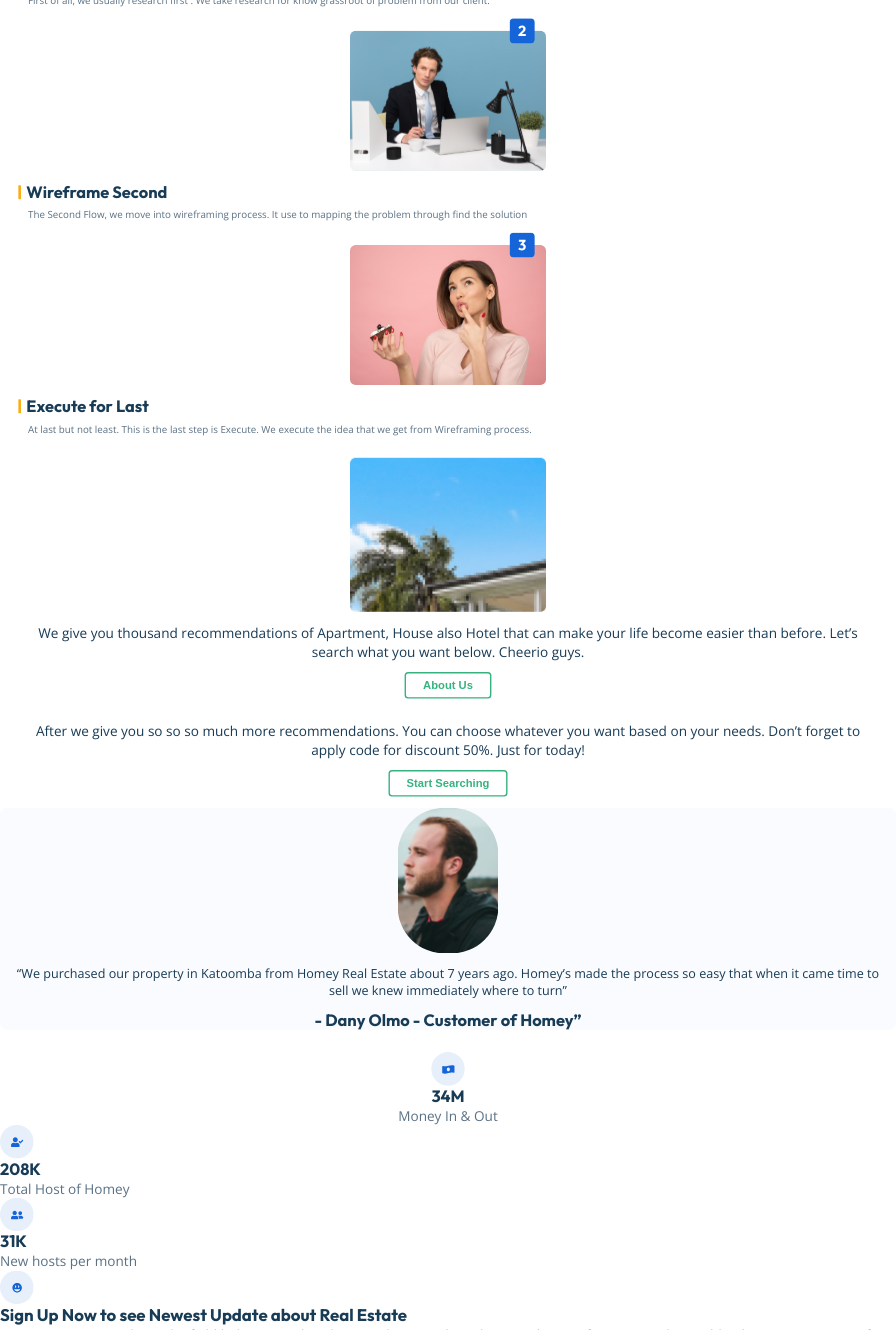
Repository: gustavoRichardt/prova-front
Page: index.html
The author's editor kept a copy of each file at every save. The page is drawn from the files as they stood at one save, then again after a run of saves.
The browser window is 1280 px wide. The pictures show the part of the page from y = 2980 to 4880 px (the page is 5767 px tall), at 70% of full size.
A picture or video elsewhere on the page could not be fetched, so the positions and the page height are approximate.

Above is the page before, as saved 2026-09-01 14:55:38.

After the next 4 saves:
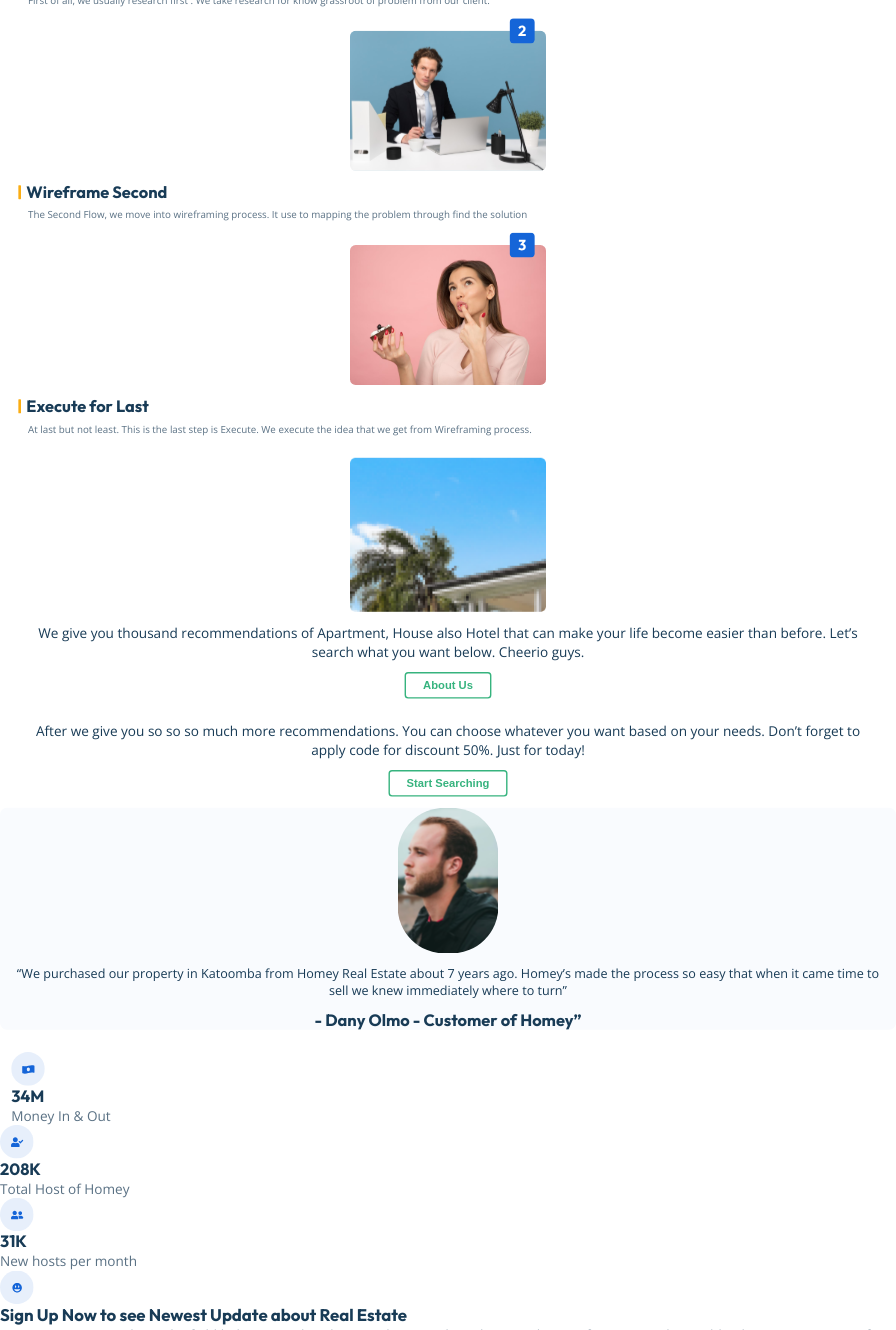
The 4 saves are shown as one change because they came seconds apart.
The last was saved 15 s later.
--- a/style.css
+++ b/style.css
@@ -406,7 +406,7 @@
     margin-top: 2rem;
     display: flex;
     flex-direction: column;
-    align-items: center;
+    margin-left: 1rem;
 }
 
 .dinheiro img {
